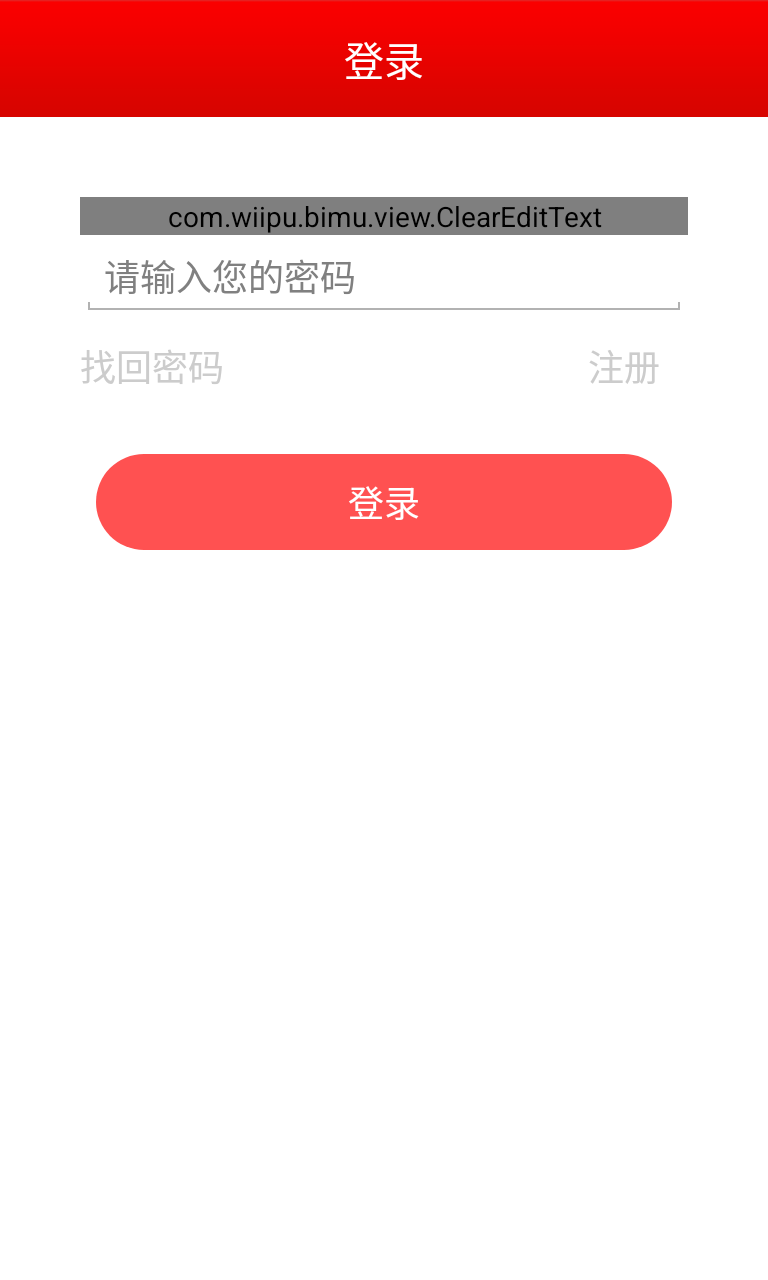
Repository: liuke0002/Projects
Layout: 智慧西电/SmartXD/res/layout/activity_login.xml
The author's editor kept a copy of each file at every save. The layout is drawn from the files as they stood at one save, then again after the next save.
Pictures or frames that could not be fetched are drawn as grey boxes. It is drawn on a 768 x 1280 px phone screen (xhdpi) without system bars, with theme AppTheme; the app's code is not run. The app's manifest (not shown) leaves right-to-left support off. So textAlignment, textDirection and layoutDirection are ignored, and left and right values win over start and end ones.

Above is the layout before, as saved 2016-04-27 05:36:42.

After the next save:
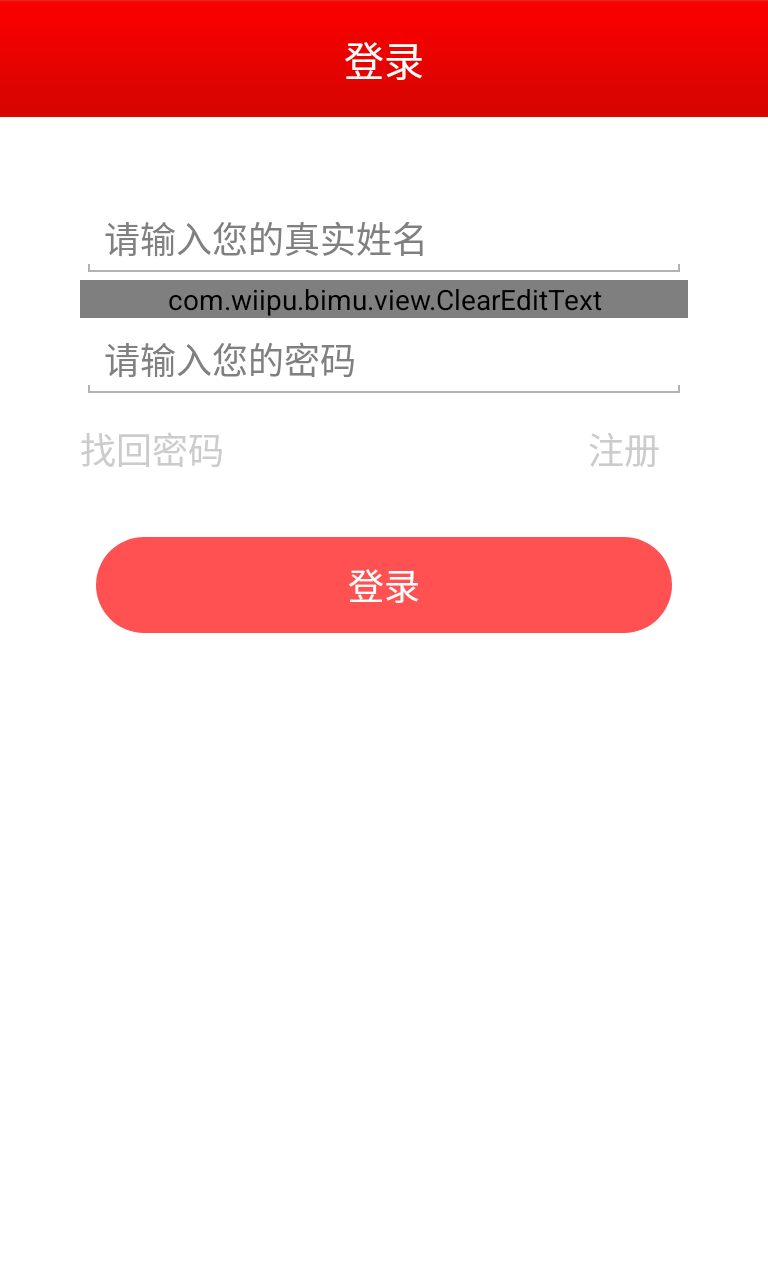
Saved 91 s later.
--- a/智慧西电/SmartXD/res/layout/activity_login.xml
+++ b/智慧西电/SmartXD/res/layout/activity_login.xml
@@ -49,6 +49,13 @@
         android:layout_height="wrap_content"
         android:orientation="vertical"
         android:padding="40dp" >
+
+        <EditText
+            android:id="@+id/login_et_name"
+            android:layout_width="match_parent"
+            android:layout_height="wrap_content"
+            android:hint="请输入您的真实姓名"
+            android:singleLine="true" />
 
         <com.wiipu.bimu.view.ClearEditText
             android:id="@+id/login_et_phone_num"
